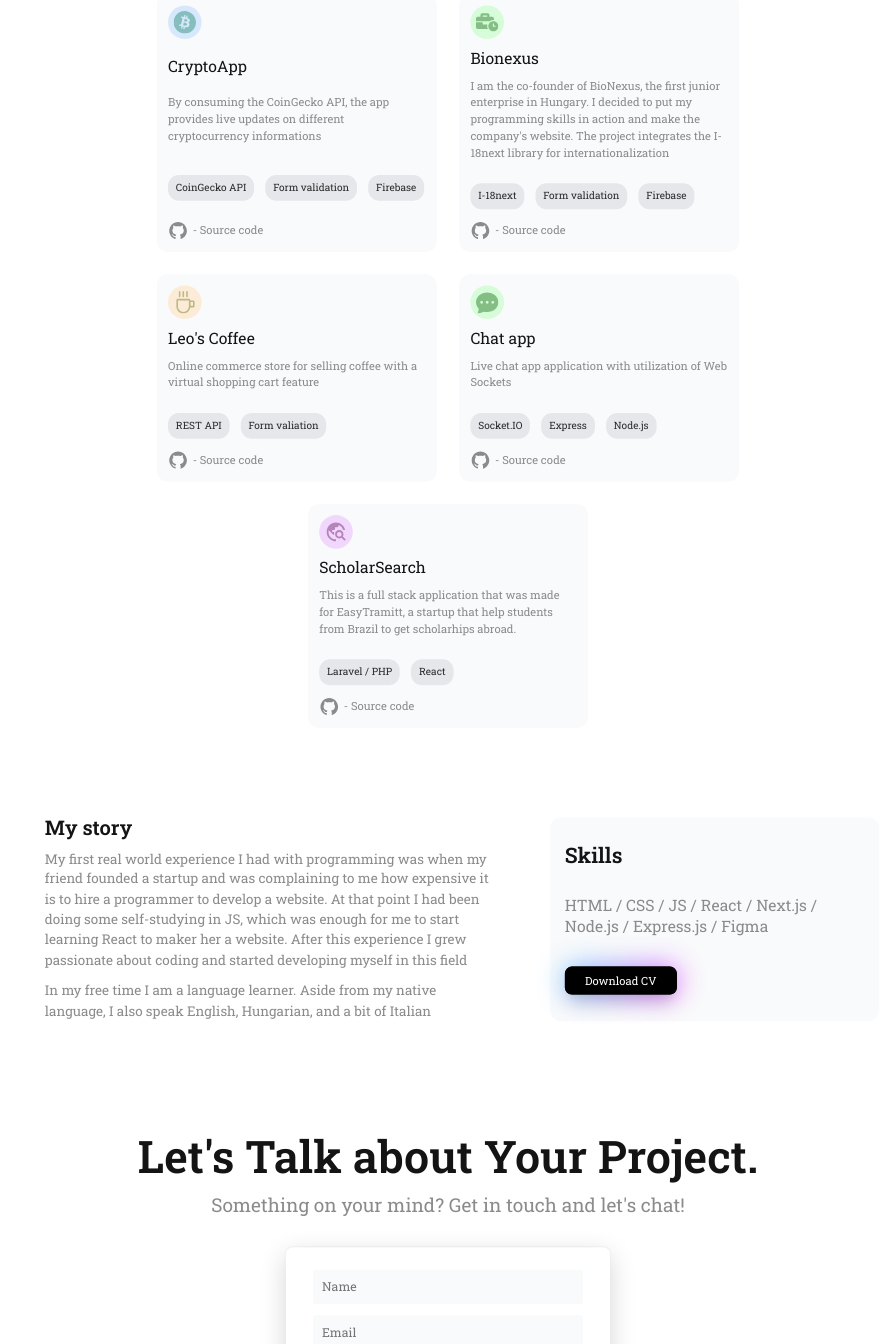
Repository: Leoka2000/portfolio-final
Page: /
These files come from the project's save history. The page is drawn as it stood at one moment and after the next save; the edit follows.
The browser window is 1280 px wide. The pictures show the part of the page from y = 787 to 2707 px (the page is 3025 px tall), at 70% of full size.
The page's requests for data from a server got no answer. Some web fonts or font styles are not loaded; a fallback is used. The project was rebuilt for these pictures with package versions that can differ from the ones it lists, and the page was loaded fresh each time. No one was signed in, and anything a server would have sent is missing. Also part of the build but not shown: src/App.css. Imported but missing from the stored project, and not drawn on this page: src/assets/LeoCV.pdf.

Above is the page before, as saved 2023-05-10 21:33:55.

After the next save:
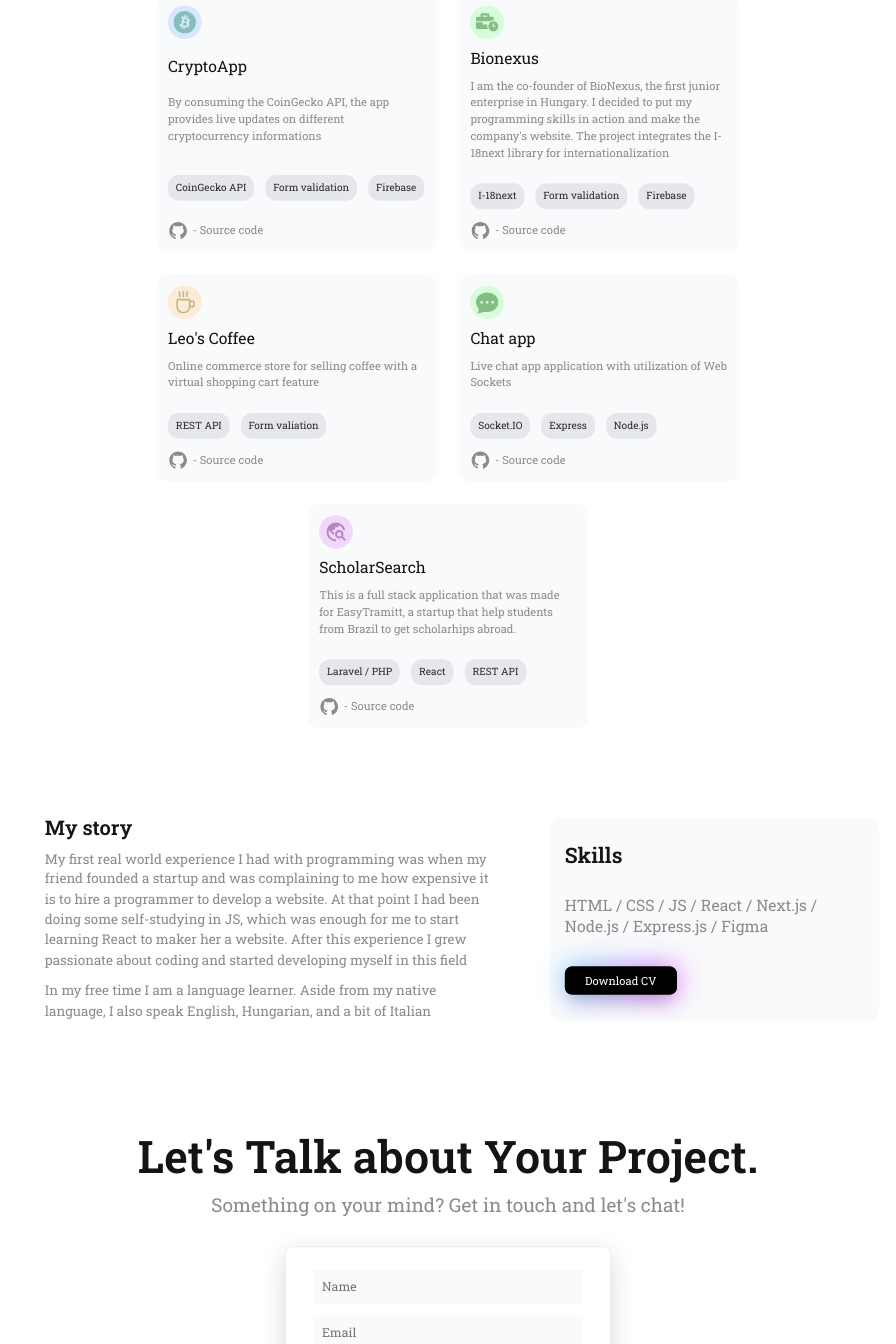
Saved 7 s later.
--- a/src/pages/main/work/projects/easy/index.jsx
+++ b/src/pages/main/work/projects/easy/index.jsx
@@ -11,6 +11,7 @@ const index = () => {
       <div className='key-wrapper'>
         <span>Laravel / PHP</span>
         <span>React</span>
+        <span>REST API</span>
       </div>
       <a href='https://www.facebook.com/'><AiFillGithub/><p id='hover'>- Source code</p></a>
     </a>
